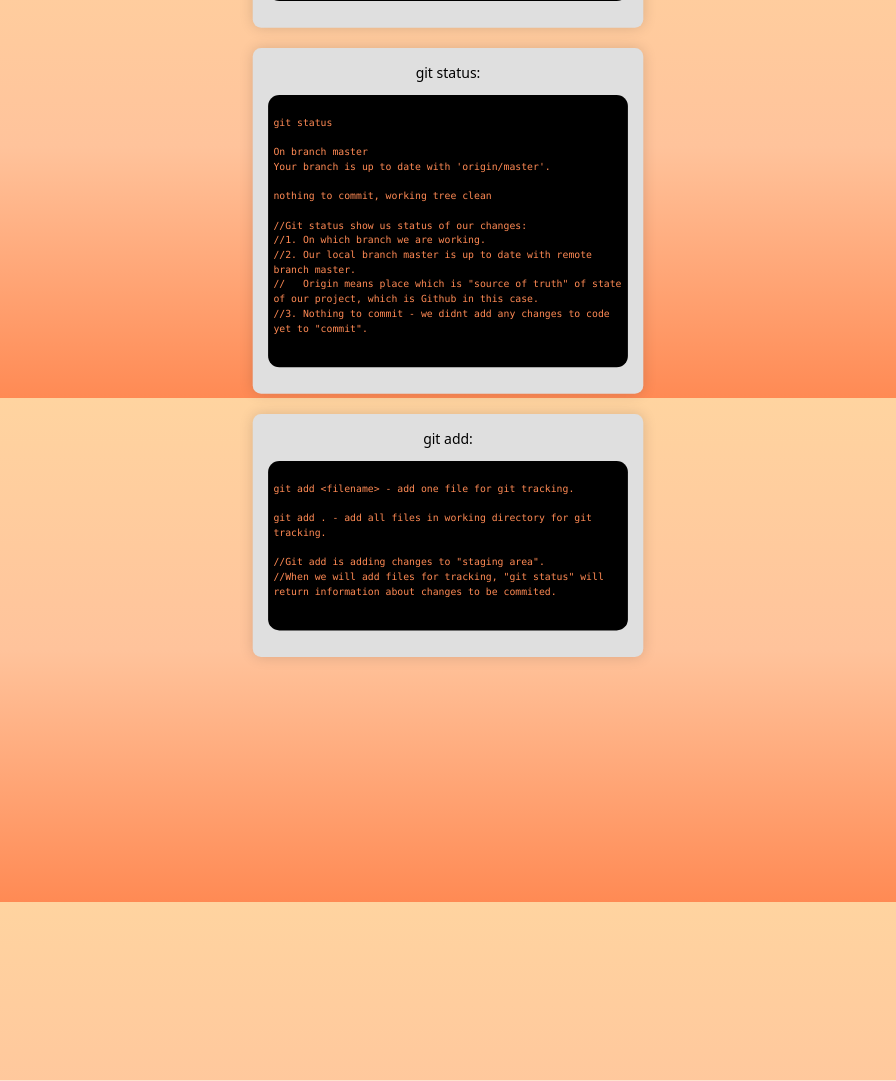
Repository: michalgornicki/git
Page: /
The author's editor kept a copy of each file at every save. The page is drawn from the files as they stood at one save, then again after a run of saves.
The browser window is 1280 px wide. The pictures show the part of the page from y = 871 to 2791 px (the page is 2415 px tall before and 2791 px after), at 70% of full size.
Backgrounds fixed to the window are drawn as part of the page. The project was rebuilt for these pictures with package versions that can differ from the ones it lists, and the page was loaded fresh each time. Imported but missing from the stored project, and not drawn on this page: src/components/DOM manipulation.jsx, src/components/async.jsx, src/components/loops.jsx, src/components/numbers.jsx, src/components/variables.jsx, src/components/window.jsx.

Above is the page before, as saved 2022-02-10 08:17:44.

### src/App.jsx
import React from "react";
import "./App.css";
import "bootstrap/dist/css/bootstrap.min.css";
import { Route, HashRouter as Router, Routes, Link } from "react-router-dom";
import Arrays from "./components/arrays.jsx"
import Variables from "./components/variables.jsx"
import Numbers from "./components/numbers.jsx"
import Loops from "./components/loops.jsx"
import Async from "./components/async.jsx"
import DOM from "./components/DOM manipulation.jsx"
import Window from "./components/window.jsx"

function App() {


  return (


    <Router>
    <div className="text-center">
      <div className="display-1 mt-1 mb-5 text-white">Git repeat course</div>

      <div className="h3 d-flex w-75 m-auto my-5 justify-content-evenly flex-wrap text-white">

      <Link className="link-style mx-3" to="/">Basics</Link>
      <Link className="link-style mx-3" to="/Numbers"></Link>
      <Link className="link-style mx-3" to="/Variables"></Link>
      <Link className="link-style mx-3" to="/Loops"></Link>
      <Link className="link-style mx-3" to="/Async"></Link>
      <Link className="link-style mx-3" to="/DOM"></Link>
      <Link className="link-style mx-3" to="/Window"></Link>


      </div>

      <Routes>
          <Route path="/" element={<Arrays />} />
          <Route path="/Numbers" element={<Numbers />} />
          <Route path="/Variables" element={<Variables />} />
          <Route path="/Loops" element={<Loops />} />
          <Route path="/Async" element={<Async />} />
          <Route path="/DOM" element={<DOM />} />
          <Route path="/Window" element={<Window />} />
        </Routes>


    </div>
    </Router>
  );
}

export default App;

### src/App.css
@import url('https://fonts.googleapis.com/css2?family=Catamaran:wght@400&display=swap');

body{
    font-family: 'Catamaran', sans-serif;
    overflow-x: hidden;
    padding-bottom: 80vh;
    height: auto;
    background: linear-gradient(rgb(255, 212, 160), rgb(255, 195, 155), rgb(255, 138, 84));
    background-attachment: fixed;
}

.js-item{
    color:rgb(0, 0, 0);
    font-size: 1.25rem;
    background-color: rgb(223, 223, 223);
    transition: 0.2s;
    padding: 3vh;
    margin-bottom: 4vh!important;
    width: 50%;
    margin-left: auto;
    margin-right: auto;
    box-shadow: 0px 0px 20px rgba(0, 0, 0, 0.15);
    border-radius: 0.75rem;
}

.js-item:hover{
    cursor: pointer;
    background-color: rgb(240, 240, 240);
}

.text-pink{
    padding: 0.5rem;
    margin-top: 1rem;
    margin-bottom: 1rem;
    color:rgb(255, 138, 84)!important;
    font-size: 1rem;
    border-radius: 1rem;
    text-align: left;
    background-color: black;
}

pre {
    white-space: pre-wrap;       /* css-3 */
    white-space: -moz-pre-wrap;  /* Mozilla, since 1999 */
    white-space: -pre-wrap;      /* Opera 4-6 */
    white-space: -o-pre-wrap;    /* Opera 7 */
    word-wrap: break-word;       /* Internet Explorer 5.5+ */
   }

.link-style{
    color: inherit;
    text-decoration: inherit;
}

.link-style:hover{
    color: rgb(255, 138, 84);
}

@media only screen and (max-device-width: 600px), (max-width: 600px) {

    .js-item{
        width: 95%;
    }

}

### src/components/arrays.jsx
const Arrays = () => {

  return (
    <div className="container">
      <div className="js-item">
        {" "}
        <div className="">Setup: </div>
        <div className="text-pink">
          <pre>{`
First you should:
1. Install git from git website:
https://git-scm.com/book/en/v2/Getting-Started-Installing-Git
2. Signup for Github account (or similar alternative like Gitlab) and create new repository.

If you use Microsoft Visual Studio Code (which i recommend) you can skip first point, because it have git built-in.
You can control git using terminal.
          `}</pre>
          </div>
      </div>
      <div className="js-item">
        {" "}
        <div className="">git clone: </div>
        <div className="text-pink">
          <pre>{`
git clone https://github.com/michalgornicki/react.git

//Cloning repo will download all of the project's code and metadata from source.
          `}</pre>
          </div>
      </div>

      <div className="js-item">
        {" "}
        <div className="">git status: </div>
        <div className="text-pink">
          <pre>{`
git status

On branch master
Your branch is up to date with 'origin/master'.

nothing to commit, working tree clean

//Git status show us status of our changes:
//1. On which branch we are working.
//2. Our local branch master is up to date with remote branch master.
//   Origin means place which is "source of truth" of state of our project, which is Github in this case.
//3. Nothing to commit - we didnt add any changes to code yet to "commit".
          `}</pre>
          </div>
      </div>
      <div className="js-item">
        {" "}
        <div className="">git add: </div>
        <div className="text-pink">
          <pre>{`
git add <filename> - add one file for git tracking.

git add . - add all files in working directory for git tracking.

//Git add is adding changes to "staging area".
//When we will add files for tracking, "git status" will return information about changes to be commited.
          `}</pre>
          </div>
      </div>

      </div>
  );
};

export default Arrays;

Loaded but not shown: public/index.html (common file); src/index.js (common file); src/index.css (common file); src/reportWebVitals.js (common file)

After the next 3 saves:
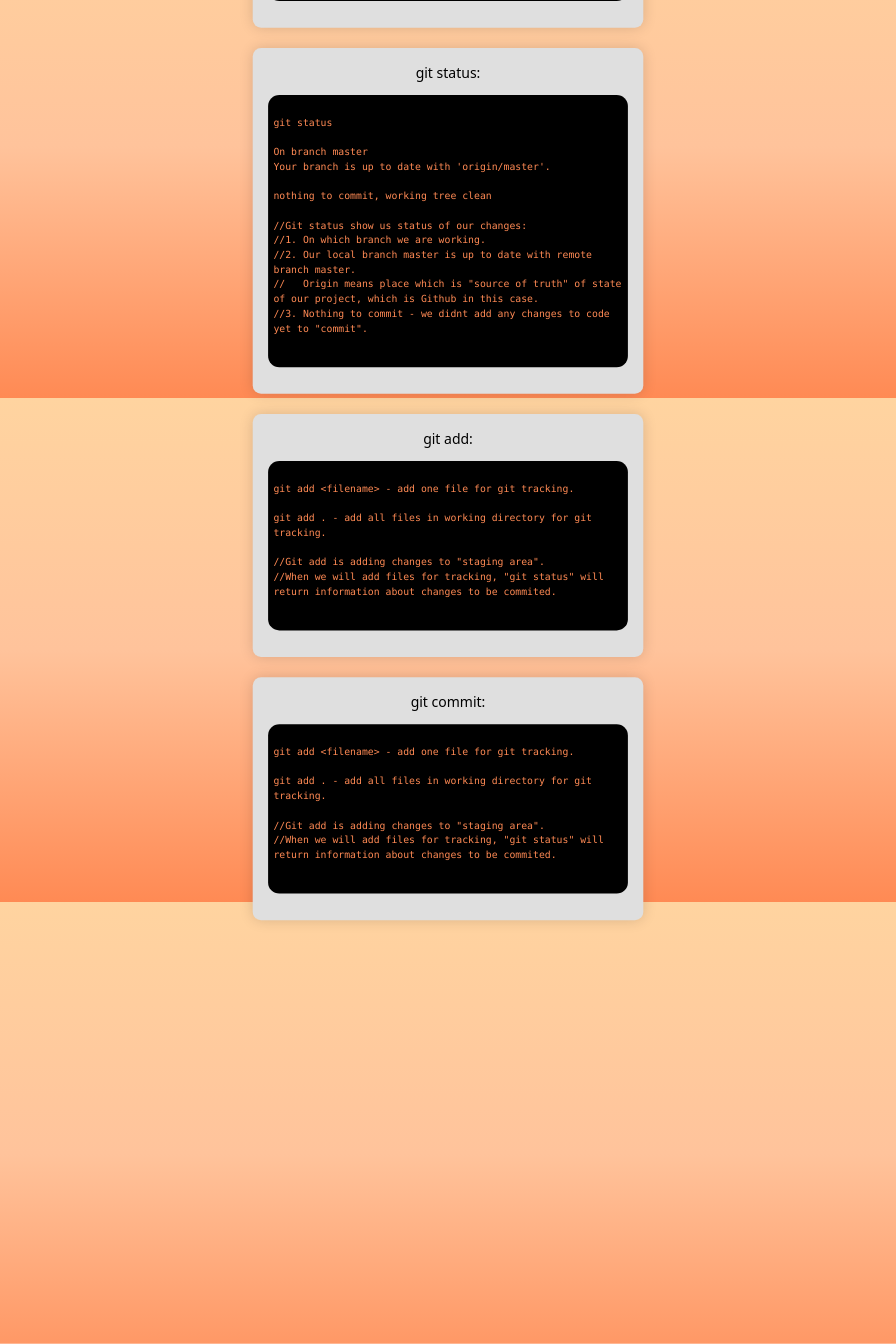
The 3 saves are shown as one change because they came seconds apart.
The last was saved 43 s later.
--- a/src/components/arrays.jsx
+++ b/src/components/arrays.jsx
@@ -64,6 +64,21 @@ git add . - add all files in working directory for git tracking.
           </div>
       </div>
 
+      <div className="js-item">
+        {" "}
+        <div className="">git commit: </div>
+        <div className="text-pink">
+          <pre>{`
+git add <filename> - add one file for git tracking.
+
+git add . - add all files in working directory for git tracking.
+
+//Git add is adding changes to "staging area".
+//When we will add files for tracking, "git status" will return information about changes to be commited.
+          `}</pre>
+          </div>
+      </div>
+
       </div>
   );
 };
